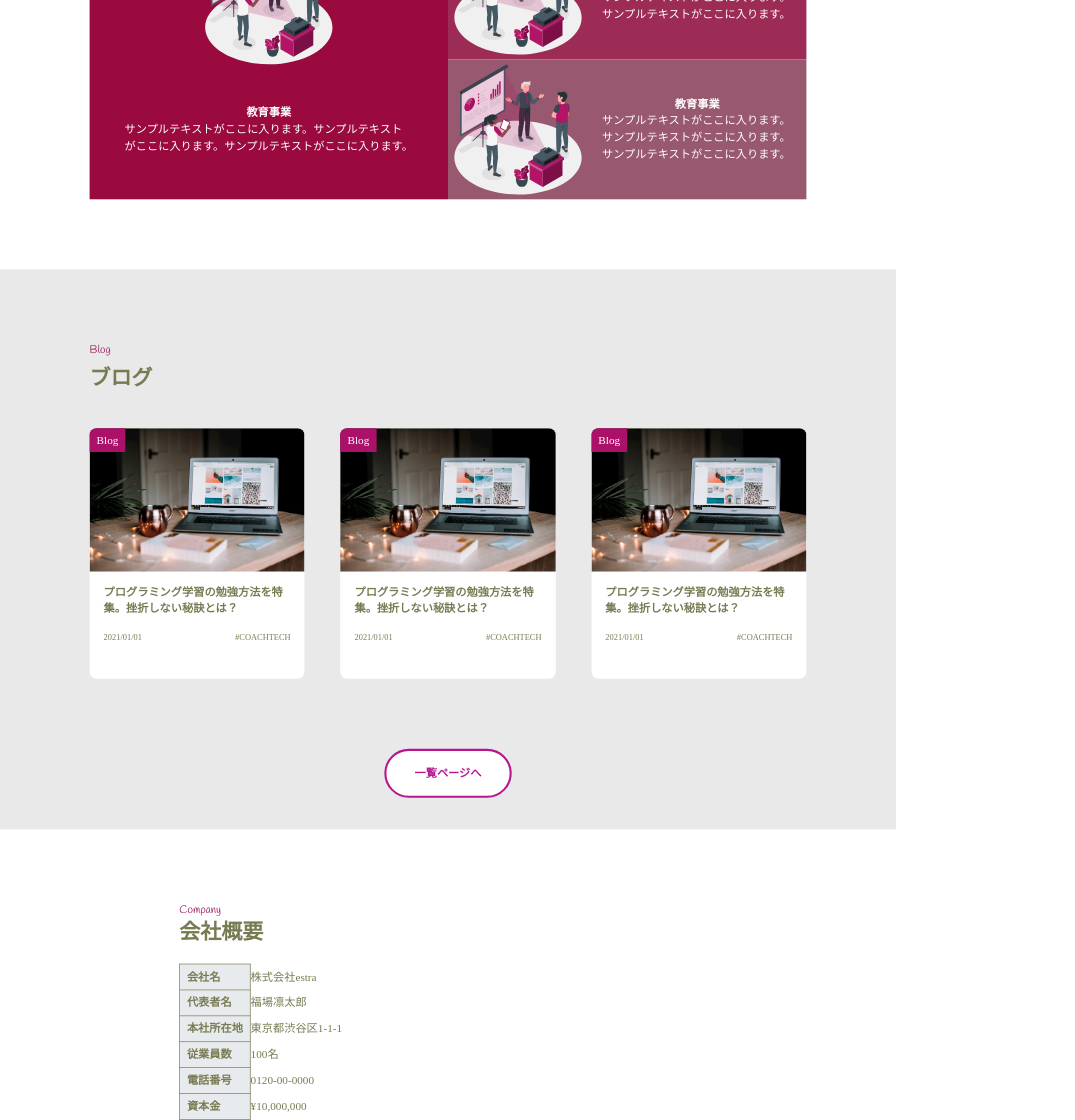
Repository: masanarimiura/20220504miura
Page: index.html
The author's editor kept a copy of each file at every save. The page is drawn from the files as they stood at one save, then again after a run of saves.
The browser window is 1280 px wide. The page is 1536 px wide, so the pictures cover 1536 px, including what lies to the right of the window. The pictures show the part of the page from y = 2034 to 3634 px (the page is 3634 px tall), at 70% of full size.
Some web fonts or font styles are not loaded; a fallback is used.

Above is the page before, as saved 2022-05-05 01:00:36.

After the next 2 saves:
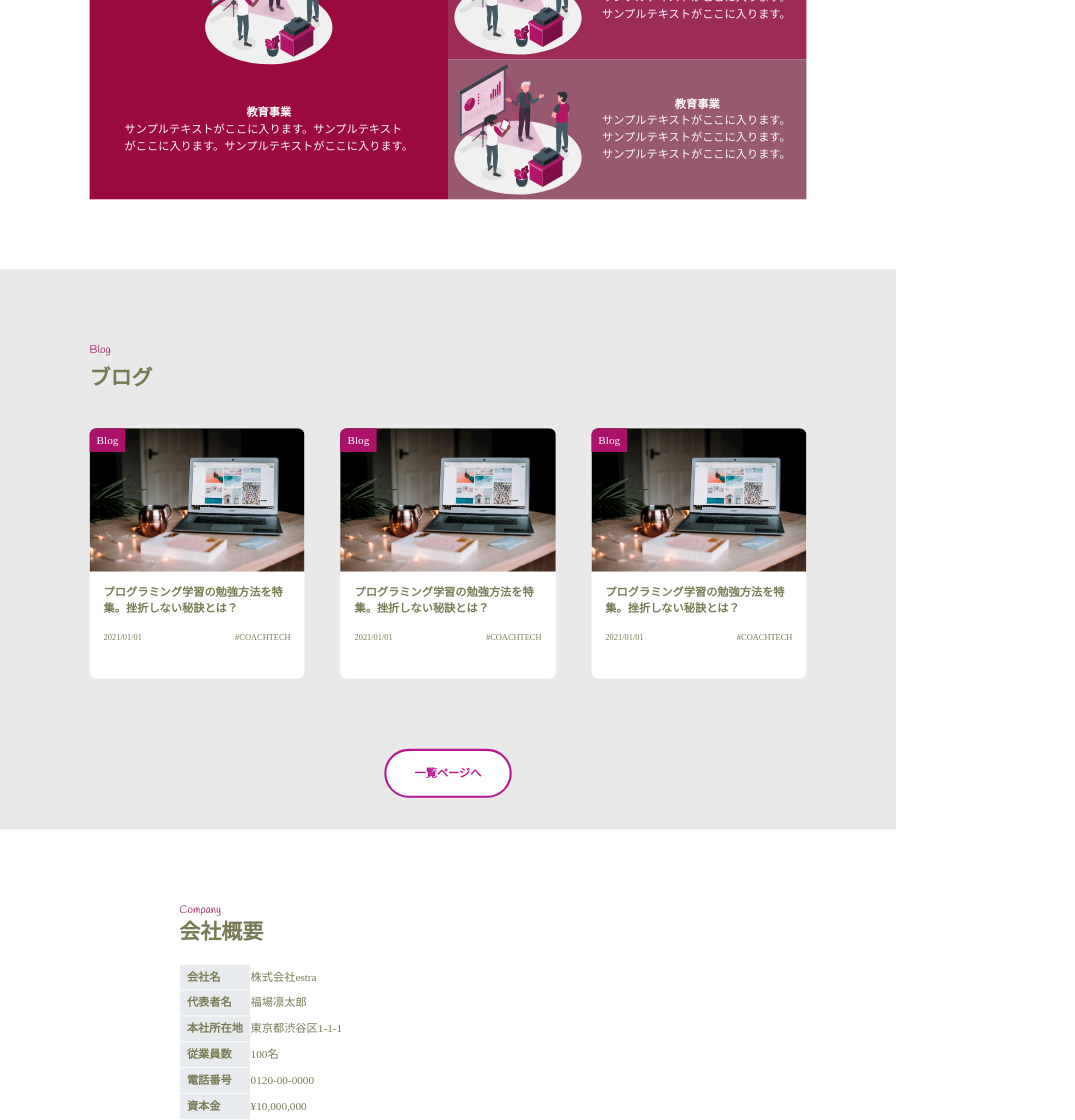
The 2 saves are shown as one change because they came seconds apart.
The last was saved 9 s later.
--- a/css/style.css
+++ b/css/style.css
@@ -276,7 +276,7 @@ a {
   background-color: rgb(232, 235, 238);
   padding: 10px;
   text-align: left;
-  border: 1px solid ;
+  border: 1px solid #fff;
 }
 .company-tr td {
 }
